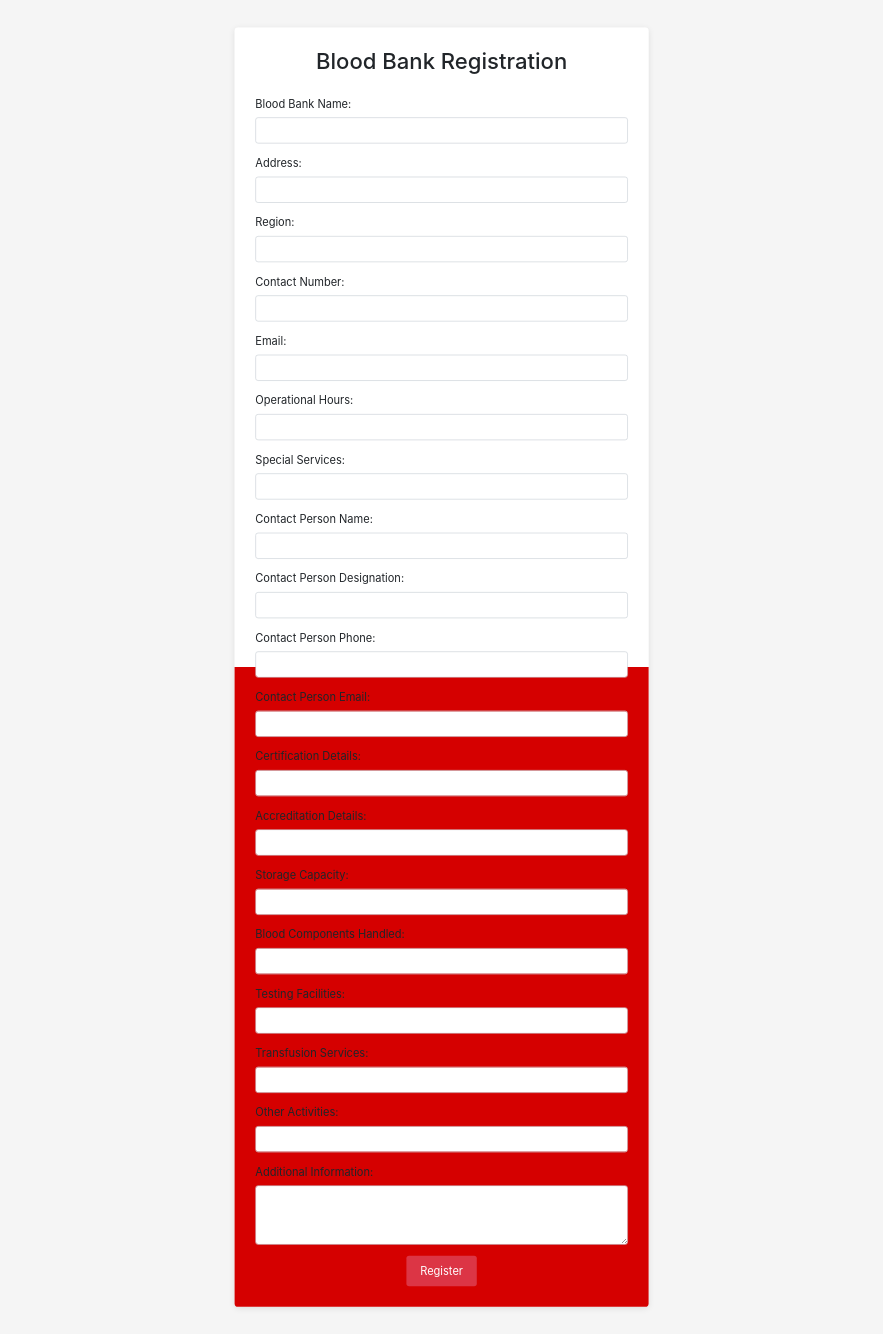
Repository: omi4535/Decentralized_Blood_Bank_System
Page: http://localhost/blood_bank_system/registration.jsp
The author's editor kept a copy of each file at every save. The page is drawn from the files as they stood at one save, then again after the next save.
The browser window is 1280 px wide. The pictures show the whole page, at 69% of full size.
Some web libraries are served in a nearby version. The page is served by Tomcat 9. Other server files are loaded and not shown.

Above is the page before, as saved 2023-07-03 08:00:23.

### blood bank system/src/main/webapp/registration.jsp
<%@ page language="java" contentType="text/html; charset=UTF-8"
	pageEncoding="UTF-8"%>
<!DOCTYPE html>
<html lang="en">

<head>
<meta charset="UTF-8">
<meta name="viewport" content="width=device-width, initial-scale=1.0">
<title>Blood Bank Registration</title>
<link rel="stylesheet"
	href="https://stackpath.bootstrapcdn.com/bootstrap/4.5.0/css/bootstrap.min.css">
<style>
body {
	background-color: #F5F5F5;
}

.form_regi {
	color: #8B0000;
}

.container {
	max-width: 600px;
	margin: 40px auto;
	background: linear-gradient(to bottom, #FFFFFF, #FFFFFF 50%, #D50000 50%);
	padding: 30px;
	border-radius: 5px;
	box-shadow: 0px 2px 10px rgba(0, 0, 0, 0.1);
}

h2 {
	margin-bottom: 30px;
	text-align: center;
}

.btn-register {
	background-color: #dc3545;
	border: none;
	padding: 10px 20px;
}

.btn-register:hover {
	background-color: #c82333;
}

.form {
	background-color: #D50000;
}
</style>
</head>

<body>
	<div class="container">

			<h2>Blood Bank Registration</h2>
			<form>
				<div class="form-group">
					<label for="name">Blood Bank Name:</label> <input type="text"
						class="form-control" id="name" required>
				</div>
				<div class="form-group">
					<label for="address">Address:</label> <input type="text"
						class="form-control" id="address" required>
				</div>
				<div class="form-group">
					<label for="region">Region:</label> <input type="text"
						class="form-control" id="region" required>
				</div>
				<div class="form-group">
					<label for="contactNumber">Contact Number:</label> <input
						type="tel" class="form-control" id="contactNumber" required>
				</div>
				<div class="form-group">
					<label for="email">Email:</label> <input type="email"
						class="form-control" id="email" required>
				</div>
				<div class="form-group">
					<label for="operationalHours">Operational Hours:</label> <input
						type="text" class="form-control" id="operationalHours" required>
				</div>
				<div class="form-group">
					<label for="specialServices">Special Services:</label> <input
						type="text" class="form-control" id="specialServices" required>
				</div>
				<div class="form-group">
					<label for="contactPersonName">Contact Person Name:</label> <input
						type="text" class="form-control" id="contactPersonName" required>
				</div>
				<div class="form-group">
					<label for="contactPersonDesignation">Contact Person
						Designation:</label> <input type="text" class="form-control"
						id="contactPersonDesignation" required>
				</div>
				<div class="form-group">
					<label for="contactPersonPhone">Contact Person Phone:</label> <input
						type="tel" class="form-control" id="contactPersonPhone" required>
				</div>
				<div class="form-group">
					<label for="contactPersonEmail">Contact Person Email:</label> <input
						type="email" class="form-control" id="contactPersonEmail" required>
				</div>
				<div class="form-group">
					<label for="certificationDetails">Certification Details:</label> <input
						type="text" class="form-control" id="certificationDetails"
						required>
				</div>
				<div class="form-group">
					<label for="accreditationDetails">Accreditation Details:</label> <input
						type="text" class="form-control" id="accreditationDetails"
						required>
				</div>
				<div class="form-group">
					<label for="storageCapacity">Storage Capacity:</label> <input
						type="number" class="form-control" id="storageCapacity" required>
				</div>
				<div class="form-group">
					<label for="bloodComponentsHandled">Blood Components
						Handled:</label> <input type="text" class="form-control"
						id="bloodComponentsHandled" required>
				</div>
				<div class="form-group">
					<label for="testingFacilities">Testing Facilities:</label> <input
						type="text" class="form-control" id="testingFacilities" required>
				</div>
				<div class="form-group">
					<label for="transfusionServices">Transfusion Services:</label> <input
						type="text" class="form-control" id="transfusionServices" required>
				</div>
				<div class="form-group">
					<label for="otherActivities">Other Activities:</label> <input
						type="text" class="form-control" id="otherActivities" required>
				</div>
				<div class="form-group">
					<label for="additionalInformation">Additional Information:</label>
					<textarea class="form-control" id="additionalInformation" rows="3"></textarea>
				</div>
				<div class="text-center">
					<button type="submit" class="btn btn-register text-white">Register</button>
				</div>
			</form>

	</div>

	<script src="https://code.jquery.com/jquery-3.5.1.slim.min.js"></script>
	<script
		src="https://cdn.jsdelivr.net/npm/@popperjs/core@2.5.3/dist/umd/popper.min.js"></script>
	<script
		src="https://stackpath.bootstrapcdn.com/bootstrap/4.5.0/js/bootstrap.min.js"></script>
</body>

</html>

After the next save:
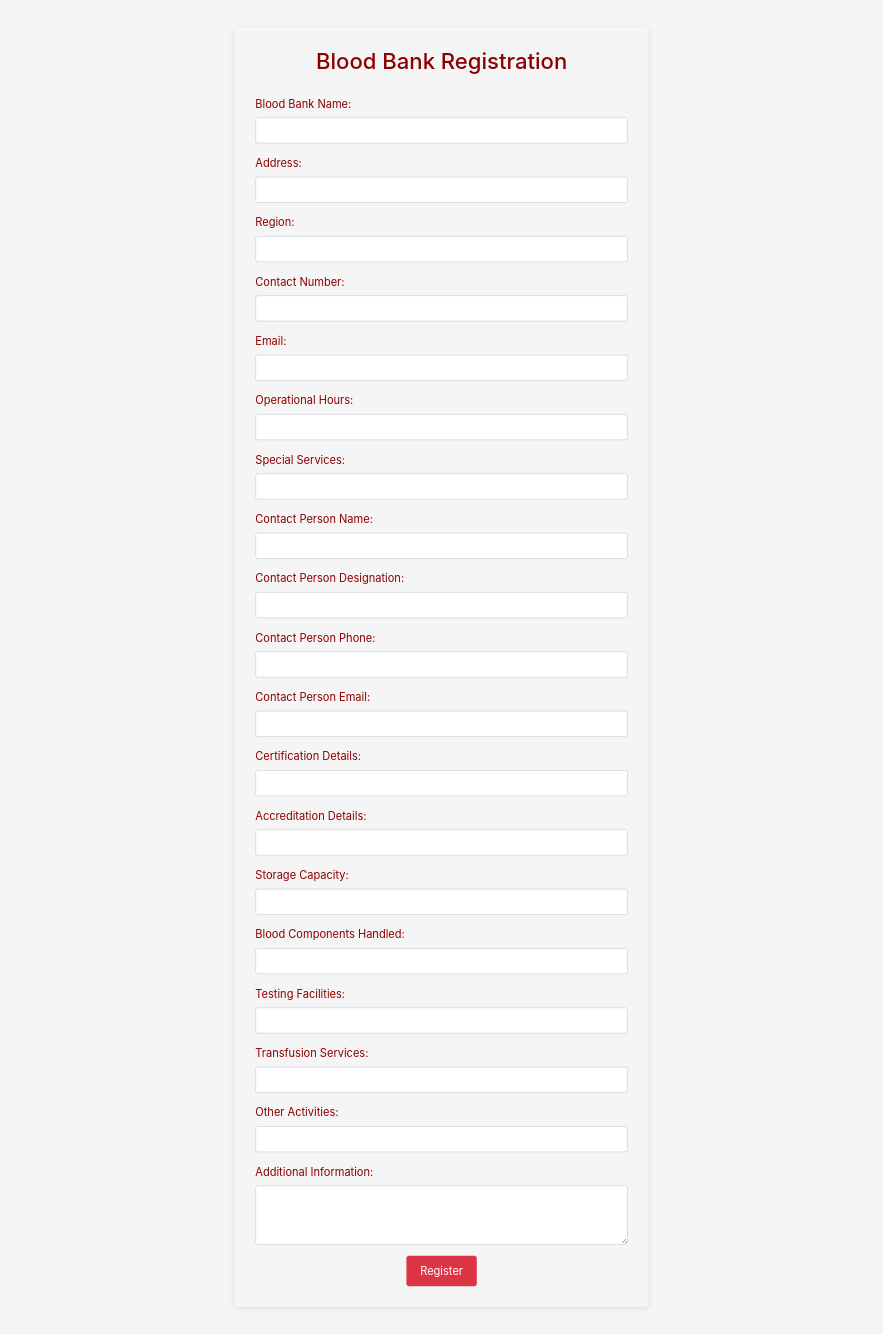
Saved 14 s later.
--- a/blood bank system/src/main/webapp/registration.jsp
+++ b/blood bank system/src/main/webapp/registration.jsp
@@ -21,7 +21,6 @@ body {
 .container {
 	max-width: 600px;
 	margin: 40px auto;
-	background: linear-gradient(to bottom, #FFFFFF, #FFFFFF 50%, #D50000 50%);
 	padding: 30px;
 	border-radius: 5px;
 	box-shadow: 0px 2px 10px rgba(0, 0, 0, 0.1);
@@ -50,7 +49,7 @@ h2 {
 
 <body>
 	<div class="container">
-
+		<div class="form_regi">
 			<h2>Blood Bank Registration</h2>
 			<form>
 				<div class="form-group">
@@ -137,7 +136,7 @@ h2 {
 					<button type="submit" class="btn btn-register text-white">Register</button>
 				</div>
 			</form>
-
+		</div>
 	</div>
 
 	<script src="https://code.jquery.com/jquery-3.5.1.slim.min.js"></script>
